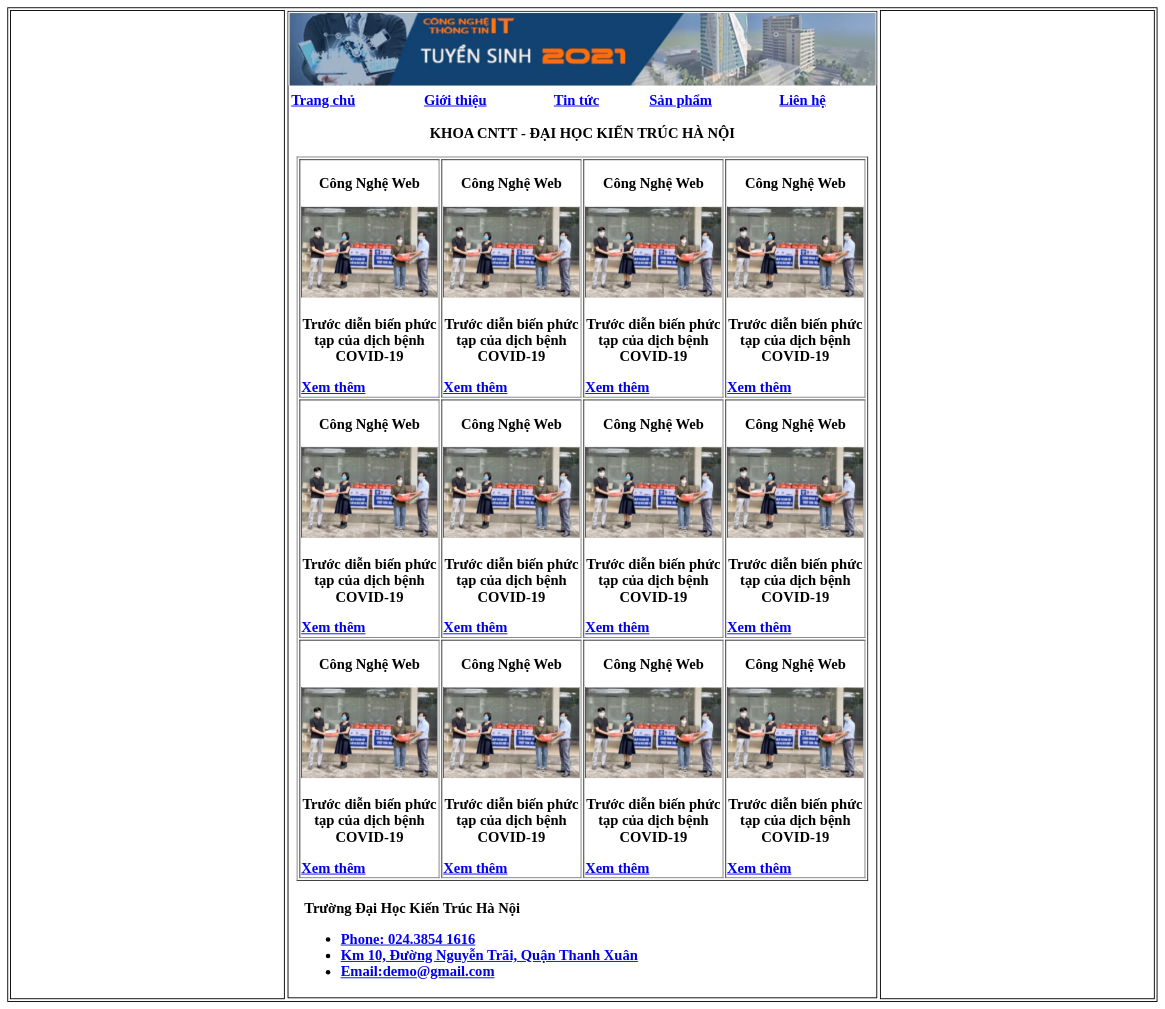
Repository: longtn213/Frond_end_HTML-CSS
Page: Front-End/Demohtml/baitapbuoi2.html
The author's editor kept a copy of each file at every save. The page is drawn from the files as they stood at one save, then again after the next save.
The browser window is 1280 px wide. The pictures show the whole page, at 91% of full size.

Above is the page before, as saved 2021-09-09 15:04:38.

### Front-End/Demohtml/baitapbuoi2.html
<!DOCTYPE html>
<html>

<head>
	<meta charset="utf-8">
	<title>Bai tap</title>
	<style type="text/css">
		bdy {
			width: 30%;
			margin: 0 auto;
		}
	</style>
</head>

<body>
	<table style="width: 100%; border:1px solid black;">
		<tr>
			<th style="border: 1px solid #000; padding:150px;"></th>
			<th>
				<center style="border: 1px solid #000;">
					<img class="anhtop" width="100%" src="./img/slider.png"">
					<br>
					<center >
						<table width="100%">
							<tr>
								<td><a href="#">Trang chủ</a></td>
								<td><a href="#">Giới thiệu</a></td>
								<td><a href="#">Tin tức</a></td>
								<td><a href="#">Sản phẩm</a></td>
								<td><a href="#">Liên hệ</a></td>
							</tr>
						</table>
					</center>
				<center>
				<p><b>KHOA CNTT - ĐẠI HỌC KIẾN TRÚC HÀ NỘI</b></p>
				<table width="100px" border="1">
					<tr>
						<td>
							<center>
						<p><b>Công Nghệ Web</b></p>
						<img src="/img/img1.png" width="150px" height="100px"><br>
						<p>Trước diễn biến phức tạp của dịch bệnh COVID-19</p>
							</center>
					<a href="#">Xem thêm</a>
						</td>
				<td>
					<center>
						<p>
							<b>Công Nghệ Web</b>
						</p>
						<img src="/img/img1.png" width="150px" height="100px"><br>
						<p>
							Trước diễn biến phức tạp của dịch bệnh COVID-19
						</p>
					</center>
					<a href="#">Xem thêm</a>
				</td>
				<td>
					<center>
						<p>
							<b>Công Nghệ Web</b>
						</p>
						<img src="/img/img1.png" width="150px" height="100px"><br>
						<p>
							Trước diễn biến phức tạp của dịch bệnh COVID-19
						</p>
					</center>
					<a href="#">Xem thêm</a>
				</td>
				<td>
					<center>
						<p>
							<b>Công Nghệ Web</b>
						</p>
						<img src="/img/img1.png" width="150px" height="100px"><br>
						<p>
							Trước diễn biến phức tạp của dịch bệnh COVID-19
						</p>
					</center>
					<a href="#">Xem thêm</a>
				</td>
			</tr>
			<tr>
				<td>
					<center>
						<p>
							<b>Công Nghệ Web</b>
						</p>
						<img src="/img/img1.png" width="150px" height="100px"><br>
						<p>
							Trước diễn biến phức tạp của dịch bệnh COVID-19
						</p>
					</center>
					<a href="#">Xem thêm</a>
				</td>
				<td>
					<center>
						<p>
							<b>Công Nghệ Web</b>
						</p>
						<img src="/img/img1.png" width="150px" height="100px"><br>
						<p>
							Trước diễn biến phức tạp của dịch bệnh COVID-19
						</p>
					</center>
					<a href="#">Xem thêm</a>
				</td>
				<td>
					<center>
						<p>
							<b>Công Nghệ Web</b>
						</p>
						<img src="/img/img1.png" width="150px" height="100px"><br>
						<p>
							Trước diễn biến phức tạp của dịch bệnh COVID-19
						</p>
					</center>
					<a href="#">Xem thêm</a>
				</td>
				<td>
					<center>
						<p>
							<b>Công Nghệ Web</b>
						</p>
						<img src="/img/img1.png" width="150px" height="100px"><br>
						<p>
							Trước diễn biến phức tạp của dịch bệnh COVID-19
						</p>
					</center>
					<a href="#">Xem thêm</a>
				</td>
			</tr>
			<tr>
				<td>
					<center>
						<p>
							<b>Công Nghệ Web</b>
						</p>
						<img src="/img/img1.png" width="150px" height="100px"><br>
						<p>
							Trước diễn biến phức tạp của dịch bệnh COVID-19
						</p>
					</center>
					<a href="#">Xem thêm</a>
				</td>
				<td>
					<center>
						<p>
							<b>Công Nghệ Web</b>
						</p>
						<img src="/img/img1.png" width="150px" height="100px"><br>
						<p>
							Trước diễn biến phức tạp của dịch bệnh COVID-19
						</p>
					</center>
					<a href="#">Xem thêm</a>
				</td>
				<td>
					<center>
						<p>
							<b>Công Nghệ Web</b>
						</p>
						<img src="/img/img1.png" width="150px" height="100px"><br>
						<p>
							Trước diễn biến phức tạp của dịch bệnh COVID-19
						</p>
					</center>
					<a href="#">Xem thêm</a>
				</td>
				<td>
					<center>
						<p>
							<b>Công Nghệ Web</b>
						</p>
						<img src="/img/img1.png" width="150px" height="100px"><br>
						<p>
							Trước diễn biến phức tạp của dịch bệnh COVID-19
						</p>
					</center>
					<a href="#">Xem thêm</a>
				</td>
			</tr>
		</table>
		<br>
		<table width="628px">
			<tr>
				<td colspan="3">
				</td>
				<td colspan="2">
					<b>Trường Đại Học Kiến Trúc Hà Nội</b>
					<ul>
						<li>
							<a href="#">Phone: 024.3854 1616</a>
						</li>
						<li>
							<a href="#">Km 10, Đường Nguyễn Trãi, Quận Thanh Xuân</a>
						</li>
						<li>
							<a href="#">Email:demo@gmail.com</a>
						</li>
					</ul>
				</td>
			</tr>
		</table>
	</center>
	</center>
	</th>
	<th style="border: 1px solid #000; padding:150px;"></th>
	</tr>
	</table>






</body>

</html>

After the next save:
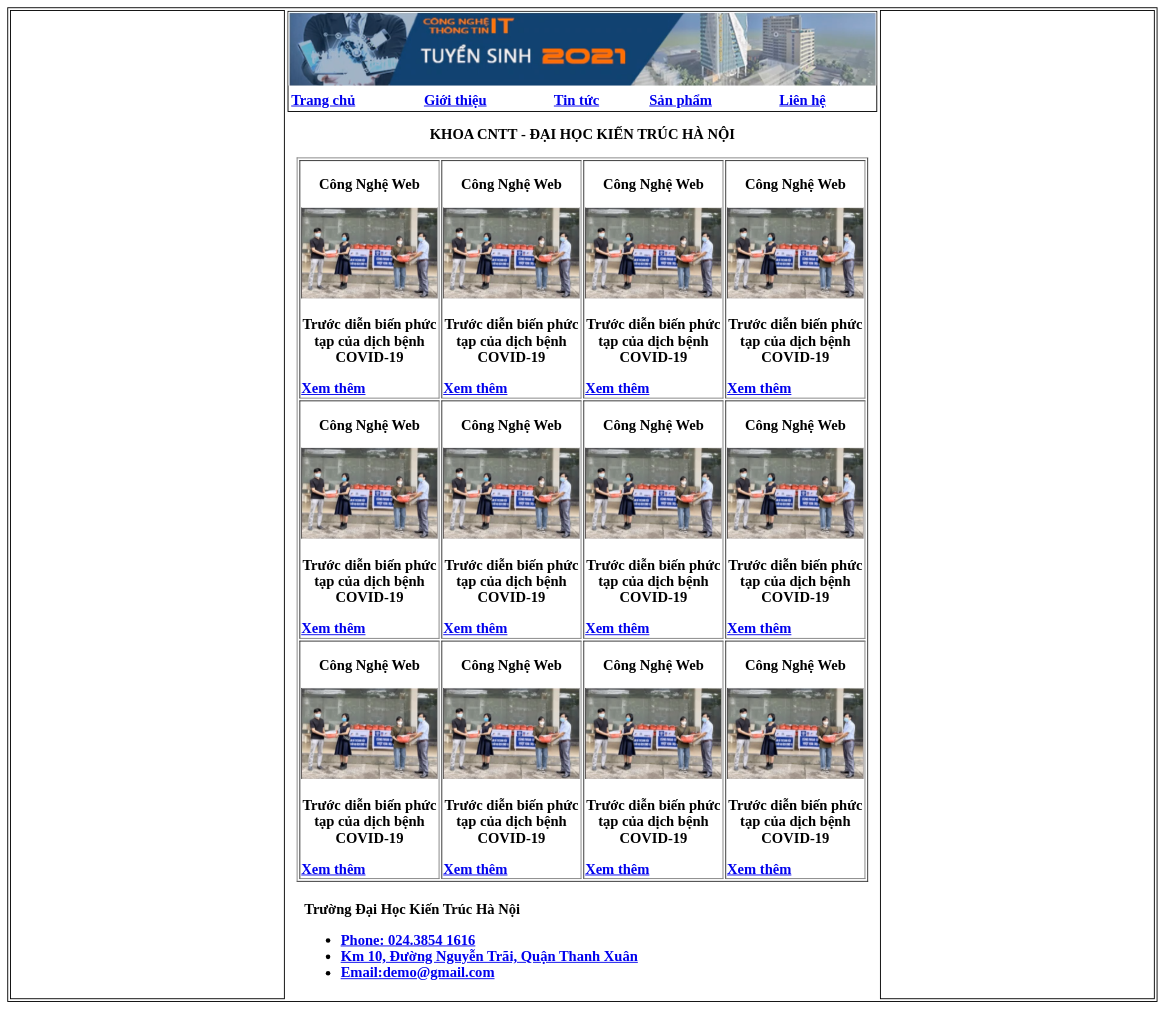
Saved 35 s later.
--- a/Front-End/Demohtml/baitapbuoi2.html
+++ b/Front-End/Demohtml/baitapbuoi2.html
@@ -20,15 +20,17 @@
 				<center style="border: 1px solid #000;">
 					<img class="anhtop" width="100%" src="./img/slider.png"">
 					<br>
-					<center >
+
 						<table width="100%">
-							<tr>
-								<td><a href="#">Trang chủ</a></td>
-								<td><a href="#">Giới thiệu</a></td>
-								<td><a href="#">Tin tức</a></td>
-								<td><a href="#">Sản phẩm</a></td>
-								<td><a href="#">Liên hệ</a></td>
-							</tr>
+							<center >
+								<tr>
+									<td><a href="#">Trang chủ</a></td>
+									<td><a href="#">Giới thiệu</a></td>
+									<td><a href="#">Tin tức</a></td>
+									<td><a href="#">Sản phẩm</a></td>
+									<td><a href="#">Liên hệ</a></td>
+								</tr>
+							</center>
 						</table>
 					</center>
 				<center>

After the save that followed:
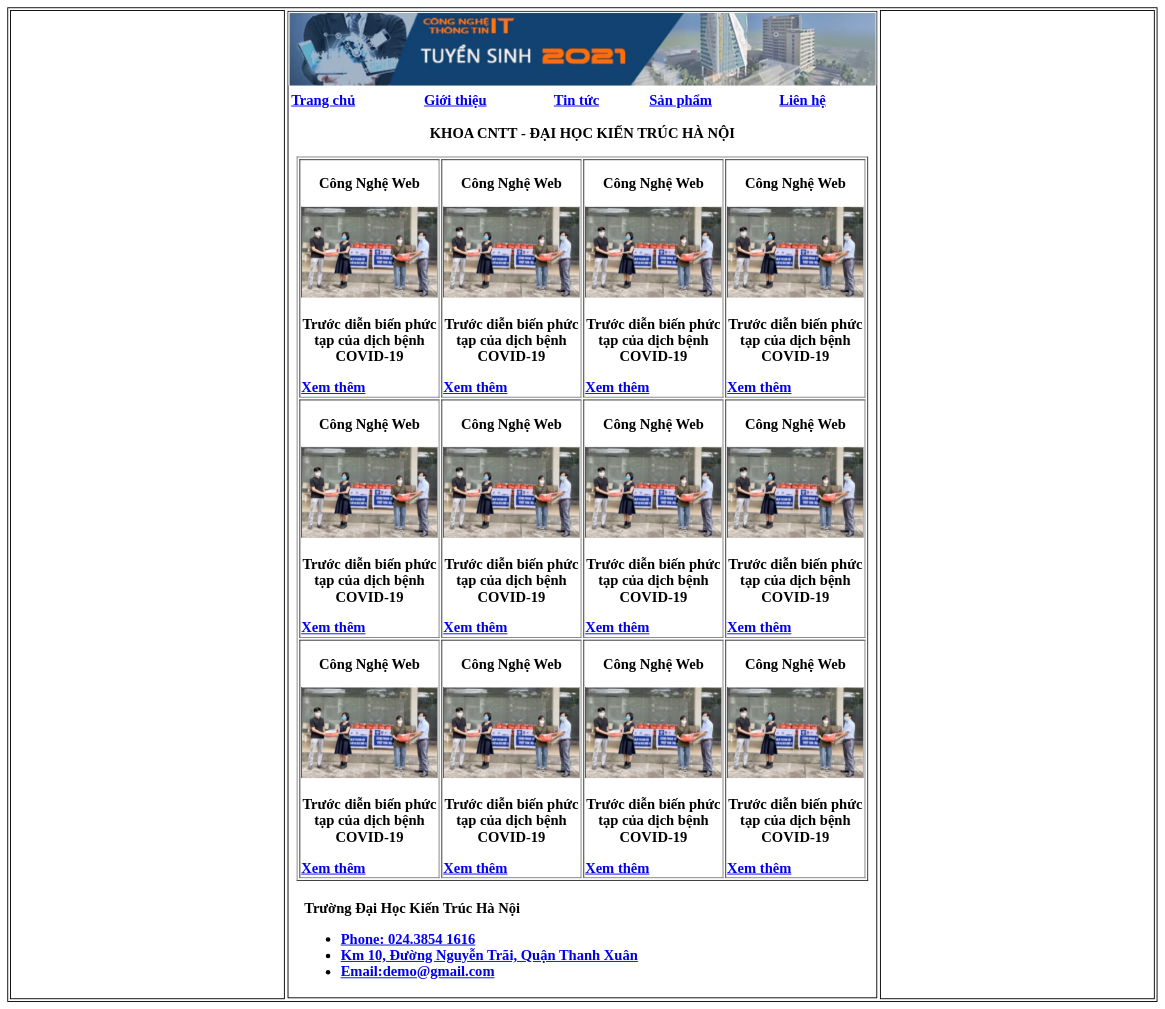
Saved 11 s later.
--- a/Front-End/Demohtml/baitapbuoi2.html
+++ b/Front-End/Demohtml/baitapbuoi2.html
@@ -32,7 +32,7 @@
 								</tr>
 							</center>
 						</table>
-					</center>
+
 				<center>
 				<p><b>KHOA CNTT - ĐẠI HỌC KIẾN TRÚC HÀ NỘI</b></p>
 				<table width="100px" border="1">
